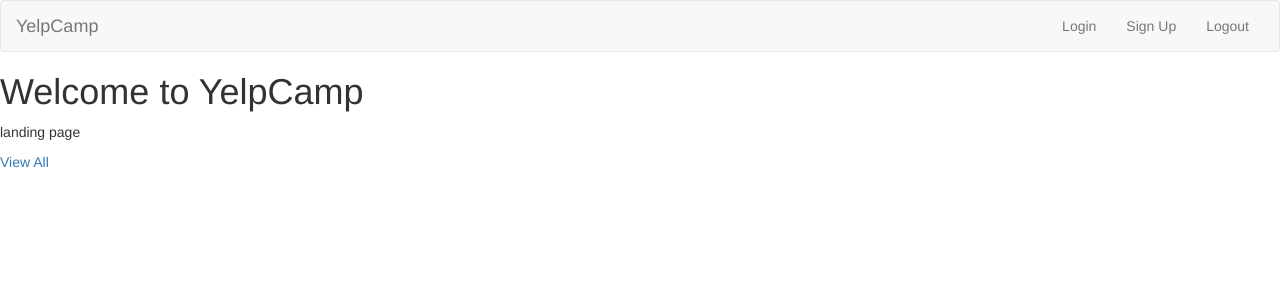
Repository: greenwich9/yelpCampWebApp
Page: http://localhost/
The author's editor kept a record of every edit. The page is drawn from the files as they stood at one moment, then again after the next edit.
The browser window is 1280 px wide. The pictures show the whole page.
The page is served by the project's Node server (app.js).

Above is the page before.

After the next edit:
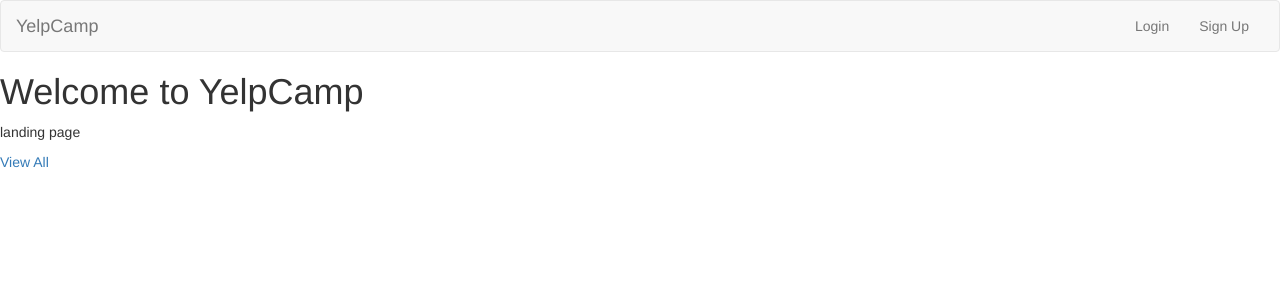
The edit:
--- a/views/partials/header.ejs
+++ b/views/partials/header.ejs
@@ -13,9 +13,13 @@
             </div>
             <div class="collapse navbar-collapse">
                 <ul class="nav navbar-nav navbar-right">
-                    <li><a href="/login">Login</a></li>
-                    <li><a href="/register">Sign Up</a></li>
-                    <li><a href="/logout">Logout</a></li>
+                    <% if (!currentUser) { %>
+                        <li><a href="/login">Login</a></li>
+                        <li><a href="/register">Sign Up</a></li>
+                    <% } else { %>
+                        <li><a><%= currentUser.username %></a></li>
+                        <li><a href="/logout">Logout</a></li>
+                    <% } %>
                 </ul>
             </div>
         </div>
